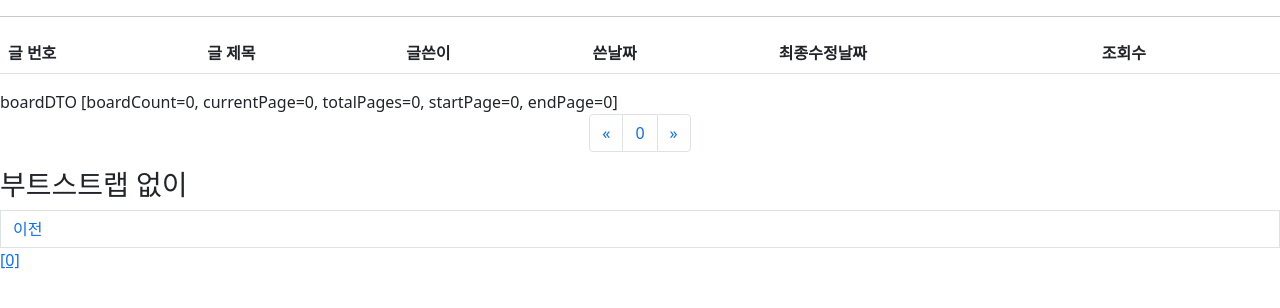
Repository: hayatoKH/java-basic2
Page: http://localhost/MyFirstWeb/boardList.do?pageNum=0
An editor plug-in stored every save of this project. The page is shown before and after the next save, followed by the edit.
The browser window is 1280 px wide. The pictures show the whole page.
The page is served by Tomcat 9. Queries for data that is not in the repository find no rows.

Above is the page before, as saved 2022-03-22 01:48:30.

After the next save:
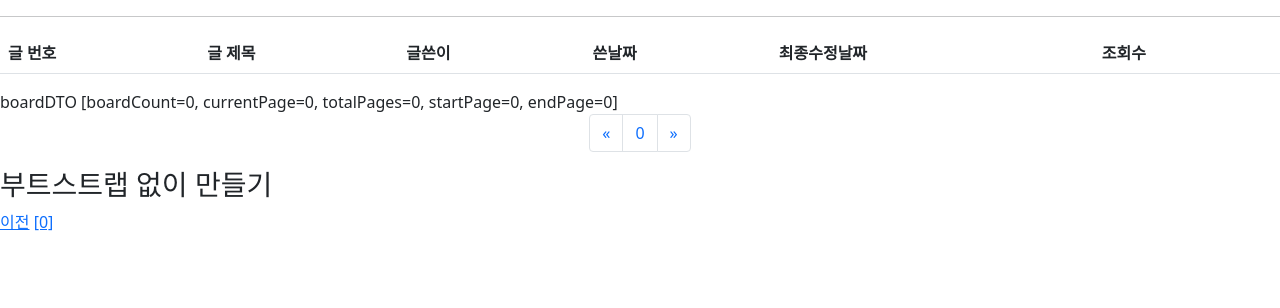
Saved 15 min 52 s later.
--- a/MyFirstWeb/src/main/webapp/board/boardlist.jsp
+++ b/MyFirstWeb/src/main/webapp/board/boardlist.jsp
@@ -56,8 +56,10 @@
 	  </ul>
 	</nav>
 
-	<h3>부트스트랩 없이</h3>
-	<a class="page-link" href="http://localhost:8181/MyFirstWeb/boardList.do?pageNum=${dto.startPage - 1}">이전</a>
+	<h3>부트스트랩 없이 만들기</h3>
+	<c:if test="${dto.startPage ne 1 }">
+		<a href="http://localhost:8181/MyFirstWeb/boardList.do?pageNum=${dto.startPage - 1}">이전</a>
+	</c:if>
 	<c:forEach var="pageIndex" begin="${dto.startPage }" end="${dto.endPage }">
 		 	  <a href="http://localhost:8181/MyFirstWeb/boardList.do?pageNum=${pageIndex }">[${pageIndex }]</a>
 	</c:forEach>
